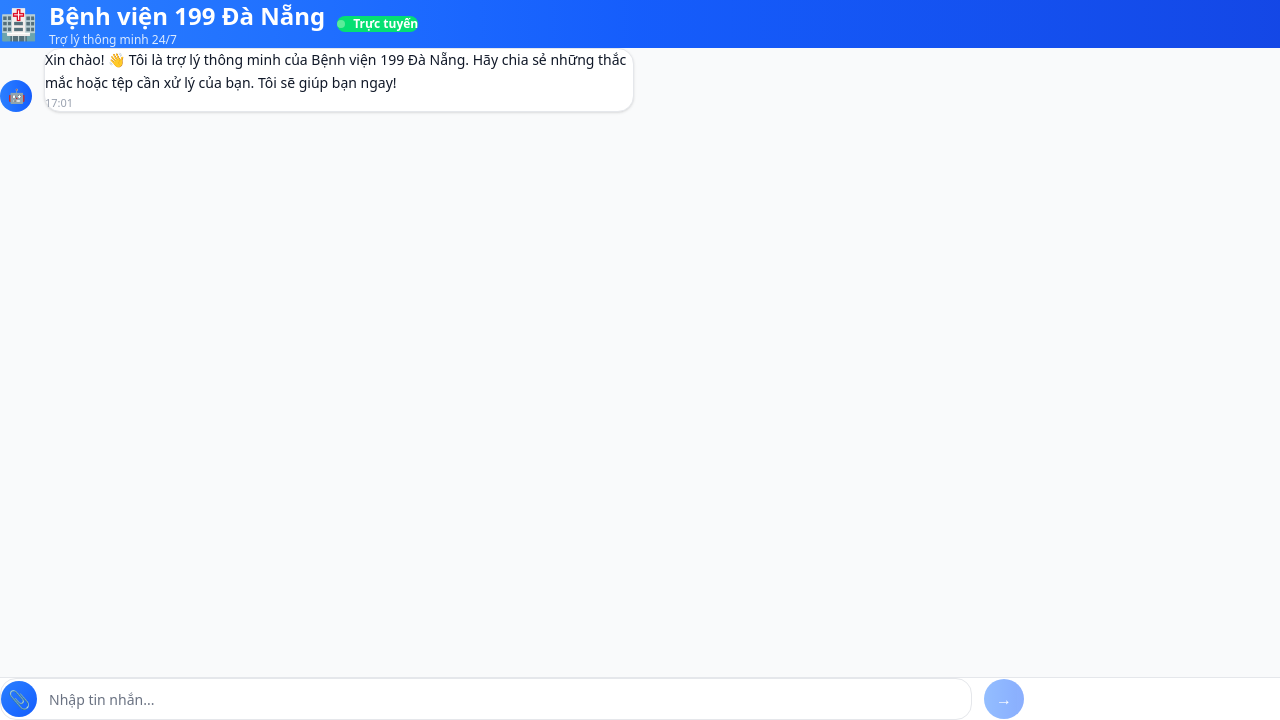
Repository: France2003/B-nh_Vi-n_199
Page: /
The author's editor kept a copy of each file at every save. The page is drawn from the files as they stood at one save, then again after the next save.
The browser window is 1280 px wide. The pictures show the whole page.
The project was rebuilt for these pictures with package versions that can differ from the ones it lists, and the page was loaded fresh each time. Also part of the build but not shown: vite.config.ts, src/App.css, src/components/FilePreview.tsx.

Above is the page before, as saved 2026-01-10 11:36:44.

After the next save:
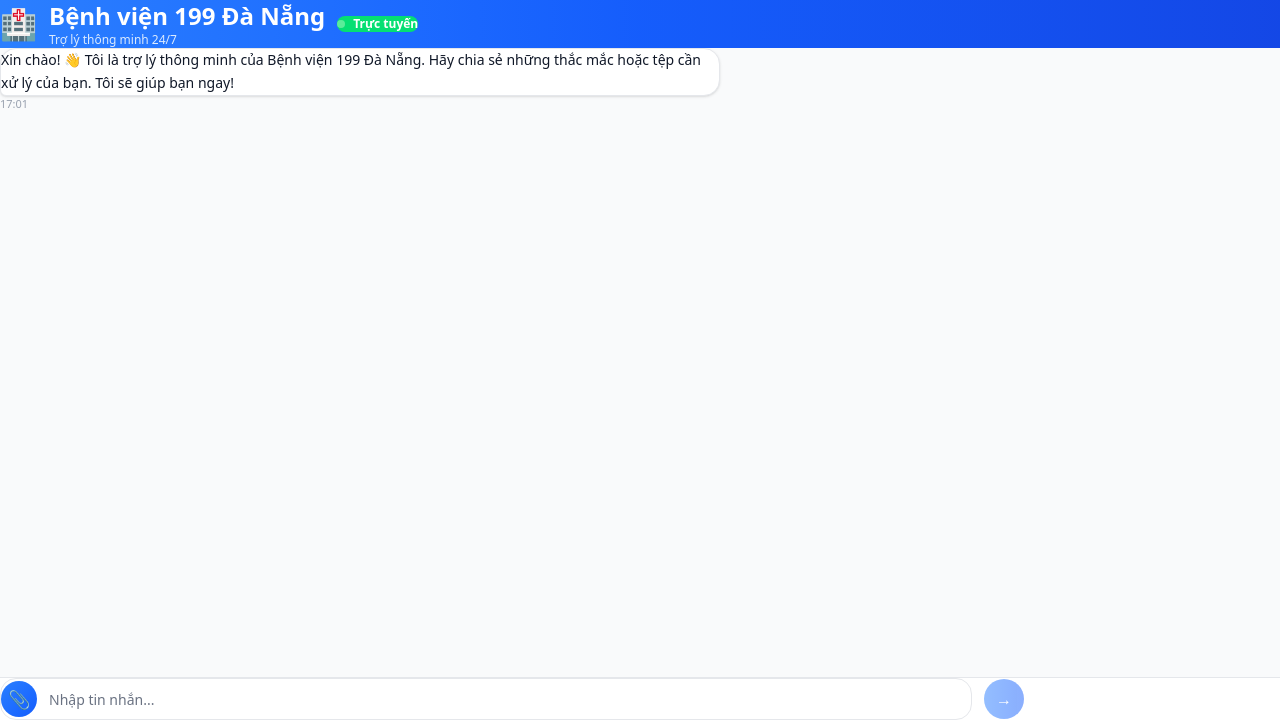
Saved 2 min 41 s later.
--- a/src/components/ChatMessage.tsx
+++ b/src/components/ChatMessage.tsx
@@ -7,49 +7,41 @@
 
 export const ChatMessage: React.FC<ChatMessageProps> = ({ message }) => {
   const isUser = message.type === 'user';
+
   return (
-    <div className={`flex ${isUser ? 'justify-end' : 'justify-start'} px-2`}>
-      <div className={`flex items-end gap-3 max-w-full ${isUser ? 'ml-auto' : ''}`}>
-        {!isUser && (
-          <div className="flex-shrink-0 w-8 h-8 rounded-full bg-gradient-to-r from-blue-500 to-blue-600 flex items-center justify-center text-white text-sm">🤖</div>
-        )}
-
-        <div className={`max-w-[85%] sm:max-w-[70%] lg:max-w-[60%] rounded-2xl p-3 break-words shadow-sm ${
-          isUser
-            ? 'bg-gradient-to-br from-blue-500 to-blue-600 text-white rounded-br-2xl rounded-bl-2xl rounded-tl-2xl'
-            : 'bg-white text-gray-900 rounded-bl-2xl rounded-br-2xl border border-gray-200'
-        }`}>
-          <div className="flex flex-col gap-2">
-            <div className="text-sm leading-relaxed whitespace-pre-wrap">{message.content}</div>
-            {message.files && message.files.length > 0 && (
-              <div className="mt-2 grid grid-cols-1 sm:grid-cols-2 gap-2">
-                {message.files.map((file) => (
-                  <div key={file.id} className="flex items-start gap-2">
-                    {file.type === 'image' && file.preview ? (
-                      <img src={file.preview} alt={file.name} className="w-20 h-20 object-cover rounded-md" />
-                    ) : (
-                      <div className="w-20 h-20 flex items-center justify-center rounded-md bg-gray-100">
-                        <span className="text-2xl">📄</span>
-                      </div>
-                    )}
-                    <div className="flex-1 min-w-0">
-                      <p className="text-xs font-medium truncate">{file.name}</p>
-                      {file.description && <p className="text-xs text-gray-500 mt-1 truncate">{file.description}</p>}
-                    </div>
-                  </div>
-                ))}
-              </div>
-            )}
-          </div>
-
-          <div className={`text-[11px] mt-2 ${isUser ? 'text-white/80 text-right' : 'text-gray-400 text-left'}`}>
-            {message.timestamp.toLocaleTimeString('vi-VN', { hour: '2-digit', minute: '2-digit' })}
-          </div>
+    <div className={`flex ${isUser ? 'justify-end' : 'justify-start'} w-full`}>
+      <div
+        className={`flex flex-col ${
+          isUser ? 'items-end' : 'items-start'
+        } max-w-full`}
+      >
+        {/* Bubble */}
+        <div
+          className={`px-4 py-3 rounded-2xl shadow-sm text-sm leading-relaxed
+          ${
+            isUser
+              ? 'bg-gradient-to-br from-blue-500 to-blue-600 text-white rounded-br-md'
+              : 'bg-white text-gray-900 border border-gray-200 rounded-bl-md'
+          }`}
+          style={{
+            width: '720px',
+            maxWidth: '90vw',
+          }}
+        >
+          {message.content}
         </div>
 
-        {isUser && (
-          <div className="flex-shrink-0 w-8 h-8 rounded-full bg-white flex items-center justify-center text-blue-600 text-sm shadow-sm">Bạn</div>
-        )}
+        {/* Timestamp */}
+        <div
+          className={`mt-1 text-[11px] text-gray-400 ${
+            isUser ? 'text-right' : 'text-left'
+          }`}
+        >
+          {message.timestamp.toLocaleTimeString('vi-VN', {
+            hour: '2-digit',
+            minute: '2-digit',
+          })}
+        </div>
       </div>
     </div>
   );

After the 2 saves that followed:
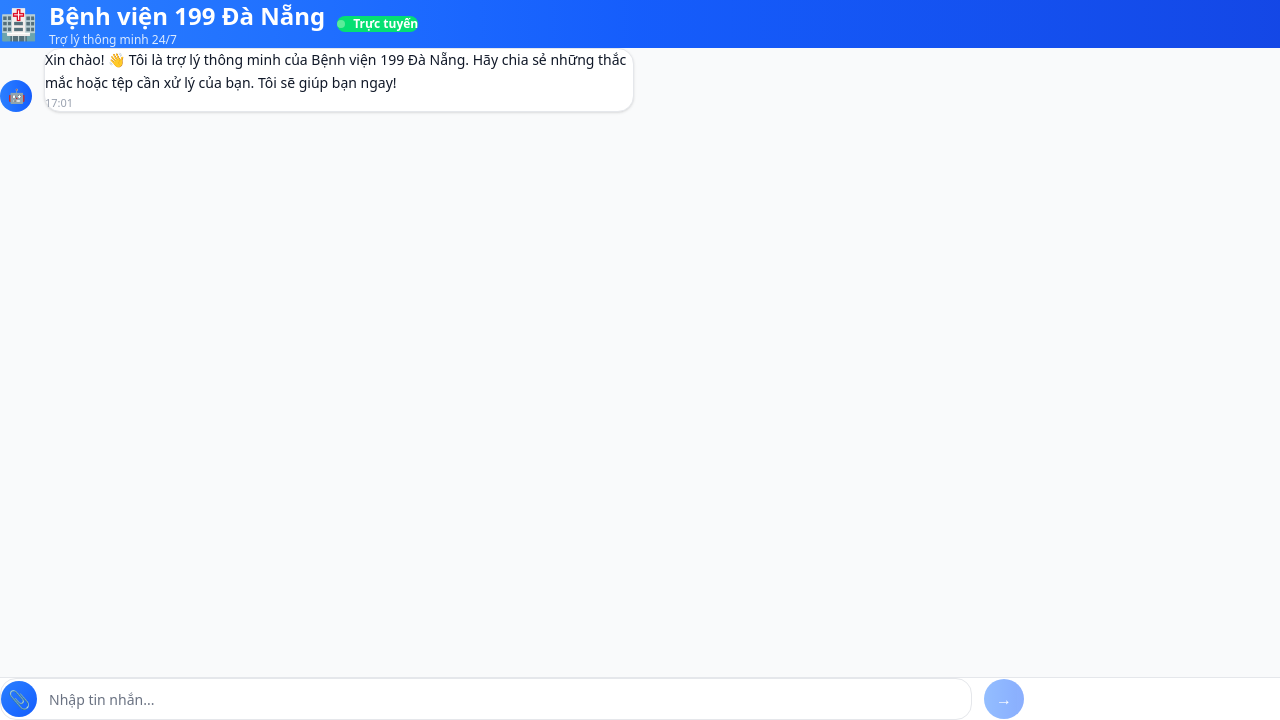
The 2 saves are shown as one change because 1 left the picture as it was.
The last was saved 77 s later.
--- a/src/components/ChatBot.tsx
+++ b/src/components/ChatBot.tsx
@@ -123,7 +123,7 @@
 
       {/* Chat Container */}
       <div className="flex-1 overflow-y-auto px-4 py-6 bg-gray-50">
-        <div className="w-full max-w-full sm:max-w-3xl lg:max-w-5xl mx-auto space-y-4">
+        <div className="w-full max-w-6xl mx-auto space-y-5">
           {messages.map((message) => (
             <ChatMessage key={message.id} message={message} />
           ))}
--- a/src/components/ChatMessage.tsx
+++ b/src/components/ChatMessage.tsx
@@ -7,41 +7,49 @@
 
 export const ChatMessage: React.FC<ChatMessageProps> = ({ message }) => {
   const isUser = message.type === 'user';
+  return (
+    <div className={`flex ${isUser ? 'justify-end' : 'justify-start'} px-2`}>
+      <div className={`flex items-end gap-3 max-w-full ${isUser ? 'ml-auto' : ''}`}>
+        {!isUser && (
+          <div className="flex-shrink-0 w-8 h-8 rounded-full bg-gradient-to-r from-blue-500 to-blue-600 flex items-center justify-center text-white text-sm">🤖</div>
+        )}
 
-  return (
-    <div className={`flex ${isUser ? 'justify-end' : 'justify-start'} w-full`}>
-      <div
-        className={`flex flex-col ${
-          isUser ? 'items-end' : 'items-start'
-        } max-w-full`}
-      >
-        {/* Bubble */}
-        <div
-          className={`px-4 py-3 rounded-2xl shadow-sm text-sm leading-relaxed
-          ${
-            isUser
-              ? 'bg-gradient-to-br from-blue-500 to-blue-600 text-white rounded-br-md'
-              : 'bg-white text-gray-900 border border-gray-200 rounded-bl-md'
-          }`}
-          style={{
-            width: '720px',
-            maxWidth: '90vw',
-          }}
-        >
-          {message.content}
+        <div className={`max-w-[85%] sm:max-w-[70%] lg:max-w-[60%] rounded-2xl p-3 break-words shadow-sm ${
+          isUser
+            ? 'bg-gradient-to-br from-blue-500 to-blue-600 text-white rounded-br-2xl rounded-bl-2xl rounded-tl-2xl'
+            : 'bg-white text-gray-900 rounded-bl-2xl rounded-br-2xl border border-gray-200'
+        }`}>
+          <div className="flex flex-col gap-2">
+            <div className="text-sm leading-relaxed whitespace-pre-wrap">{message.content}</div>
+            {message.files && message.files.length > 0 && (
+              <div className="mt-2 grid grid-cols-1 sm:grid-cols-2 gap-2">
+                {message.files.map((file) => (
+                  <div key={file.id} className="flex items-start gap-2">
+                    {file.type === 'image' && file.preview ? (
+                      <img src={file.preview} alt={file.name} className="w-20 h-20 object-cover rounded-md" />
+                    ) : (
+                      <div className="w-20 h-20 flex items-center justify-center rounded-md bg-gray-100">
+                        <span className="text-2xl">📄</span>
+                      </div>
+                    )}
+                    <div className="flex-1 min-w-0">
+                      <p className="text-xs font-medium truncate">{file.name}</p>
+                      {file.description && <p className="text-xs text-gray-500 mt-1 truncate">{file.description}</p>}
+                    </div>
+                  </div>
+                ))}
+              </div>
+            )}
+          </div>
+
+          <div className={`text-[11px] mt-2 ${isUser ? 'text-white/80 text-right' : 'text-gray-400 text-left'}`}>
+            {message.timestamp.toLocaleTimeString('vi-VN', { hour: '2-digit', minute: '2-digit' })}
+          </div>
         </div>
 
-        {/* Timestamp */}
-        <div
-          className={`mt-1 text-[11px] text-gray-400 ${
-            isUser ? 'text-right' : 'text-left'
-          }`}
-        >
-          {message.timestamp.toLocaleTimeString('vi-VN', {
-            hour: '2-digit',
-            minute: '2-digit',
-          })}
-        </div>
+        {isUser && (
+          <div className="flex-shrink-0 w-8 h-8 rounded-full bg-white flex items-center justify-center text-blue-600 text-sm shadow-sm">Bạn</div>
+        )}
       </div>
     </div>
   );
